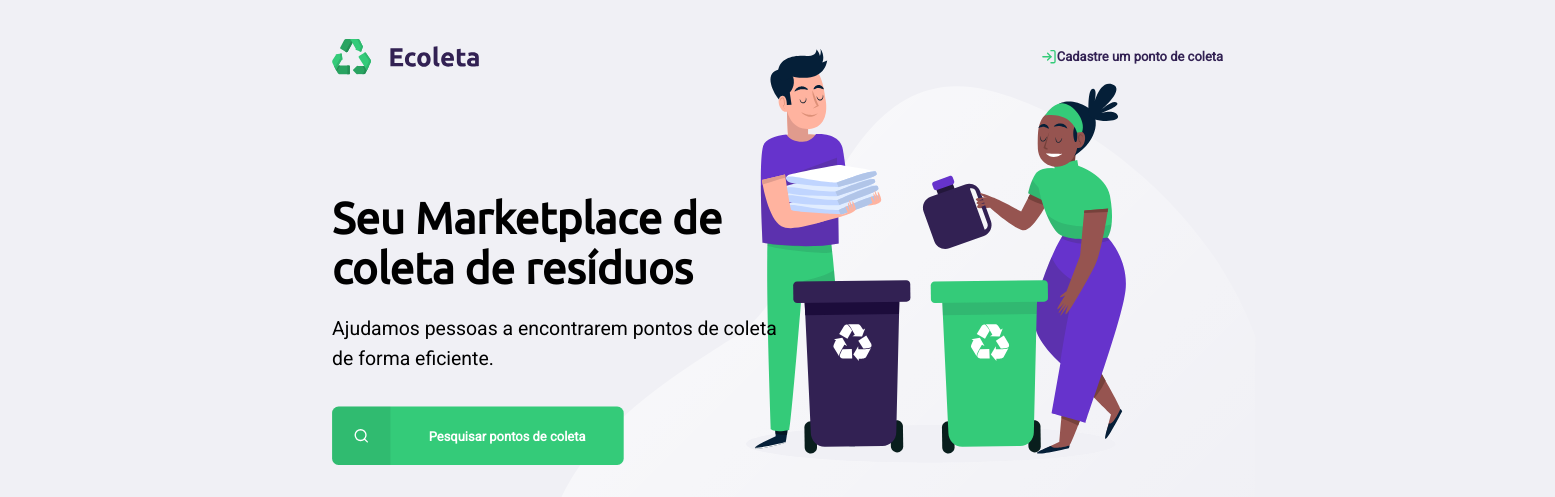
Repository: ivobass/NextLevelWeek
Page: index.html
These files come from the project's save history. The page is drawn as it stood at one moment and after the next save; the edit follows.
The browser window is 1920 px wide. The pictures show the whole page, at 81% of full size.

Above is the page before, as saved 2020-06-02 22:21:13.

After the next save:
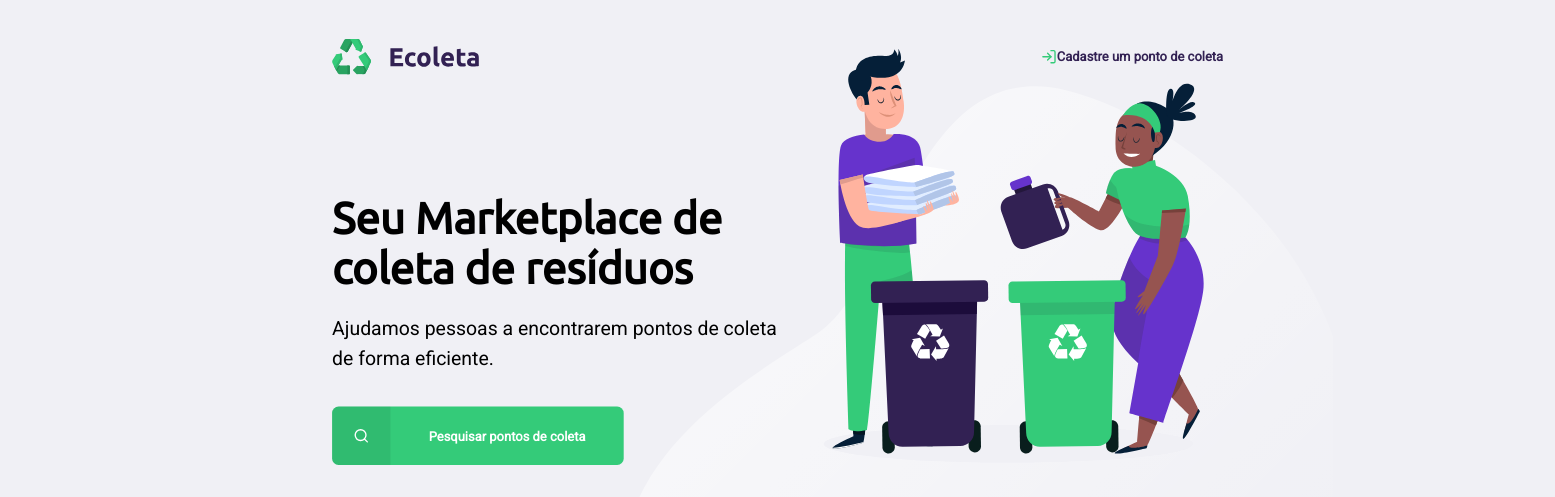
Saved 67 s later.
--- a/styles/responsive.css
+++ b/styles/responsive.css
@@ -18,5 +18,11 @@
 }
 
 @media(min-width: 1700px) {
+    #page-home {
+        background-position-x: 40vw;
+    }
+}
+
+@media(min-width: 1700px) {
     background-position-x: 40vw;
 }
